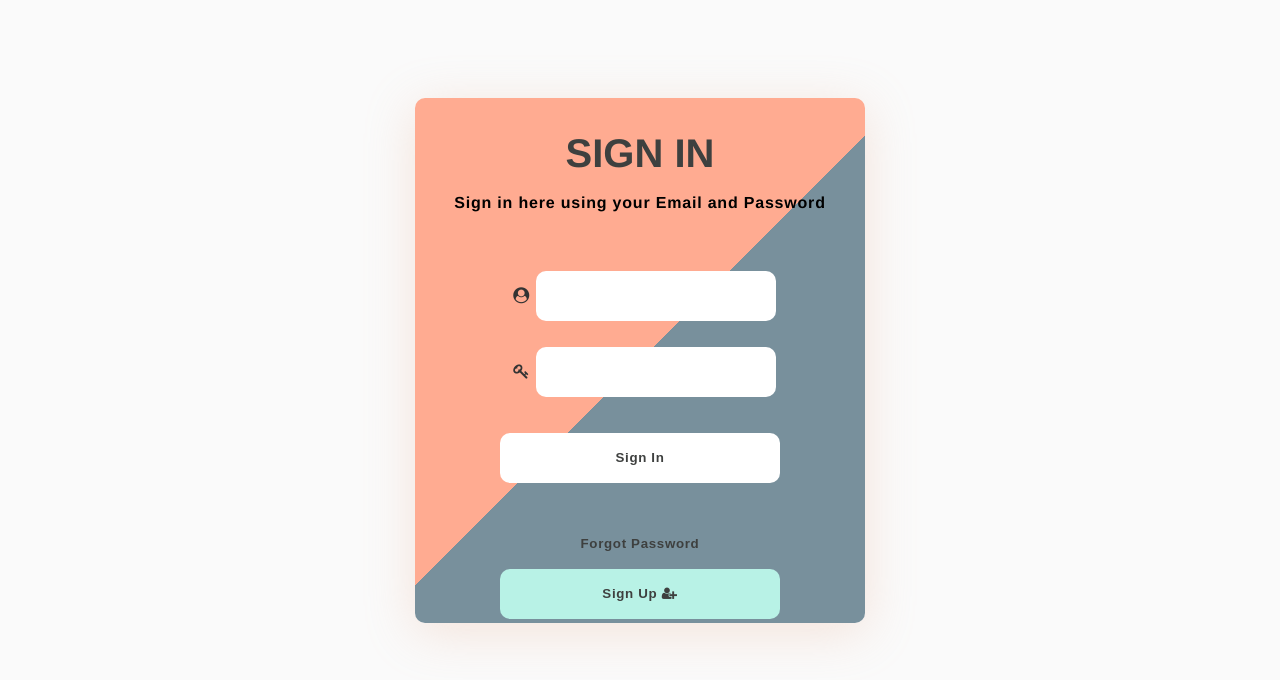
Repository: DhanushPrabha22/Zoho-Mini-Project
Page: http://localhost/ToDo_List/
The author's editor kept a copy of each file at every save. The page is drawn from the files as they stood at one save, then again after the next save.
The browser window is 1280 px wide. The pictures show the whole page.
Some web libraries are served in a nearby version. The page is served by Tomcat 9.

Above is the page before, as saved 2021-03-17 06:09:23.

After the next save:
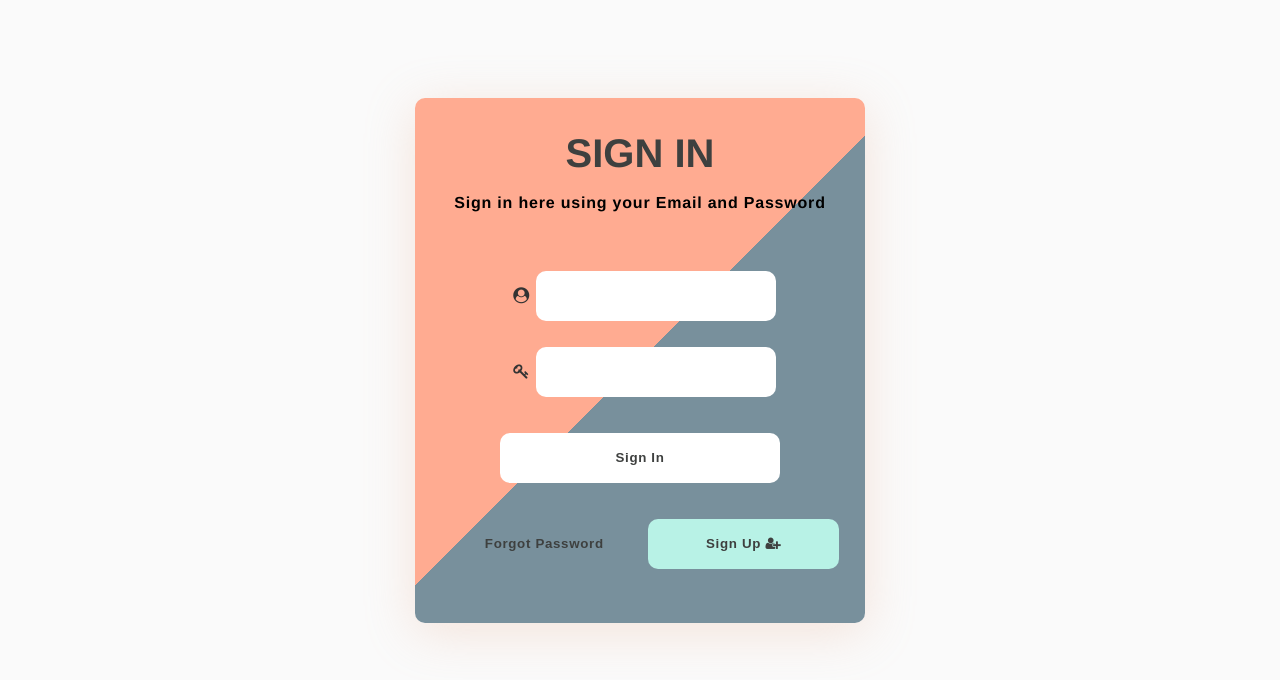
Saved 72 s later.
--- a/Todo Eclipse/ToDo_List/WebContent/sign_in.jsp
+++ b/Todo Eclipse/ToDo_List/WebContent/sign_in.jsp
@@ -48,9 +48,9 @@ Created By Dhanush L
 				<!--   other buttons -->
 				<div class="other">
 					<!--      Forgot Password button-->
-					<button class="button frgt-pass" onclick="frogotPwd()">Forgot Password</button>
+					<button class="button submits frgt-pass" onclick="frogotPwd()">Forgot Password</button>
 					<!--     Sign Up button -->
-					<button class="button sign-up" onclick="create_account()">Sign Up
+					<button class="button submits sign-up" onclick="create_account()">Sign Up
 					<!--         Sign Up font icon -->
 					<i class="fa fa-user-plus" aria-hidden="true"></i>
 					</button>
